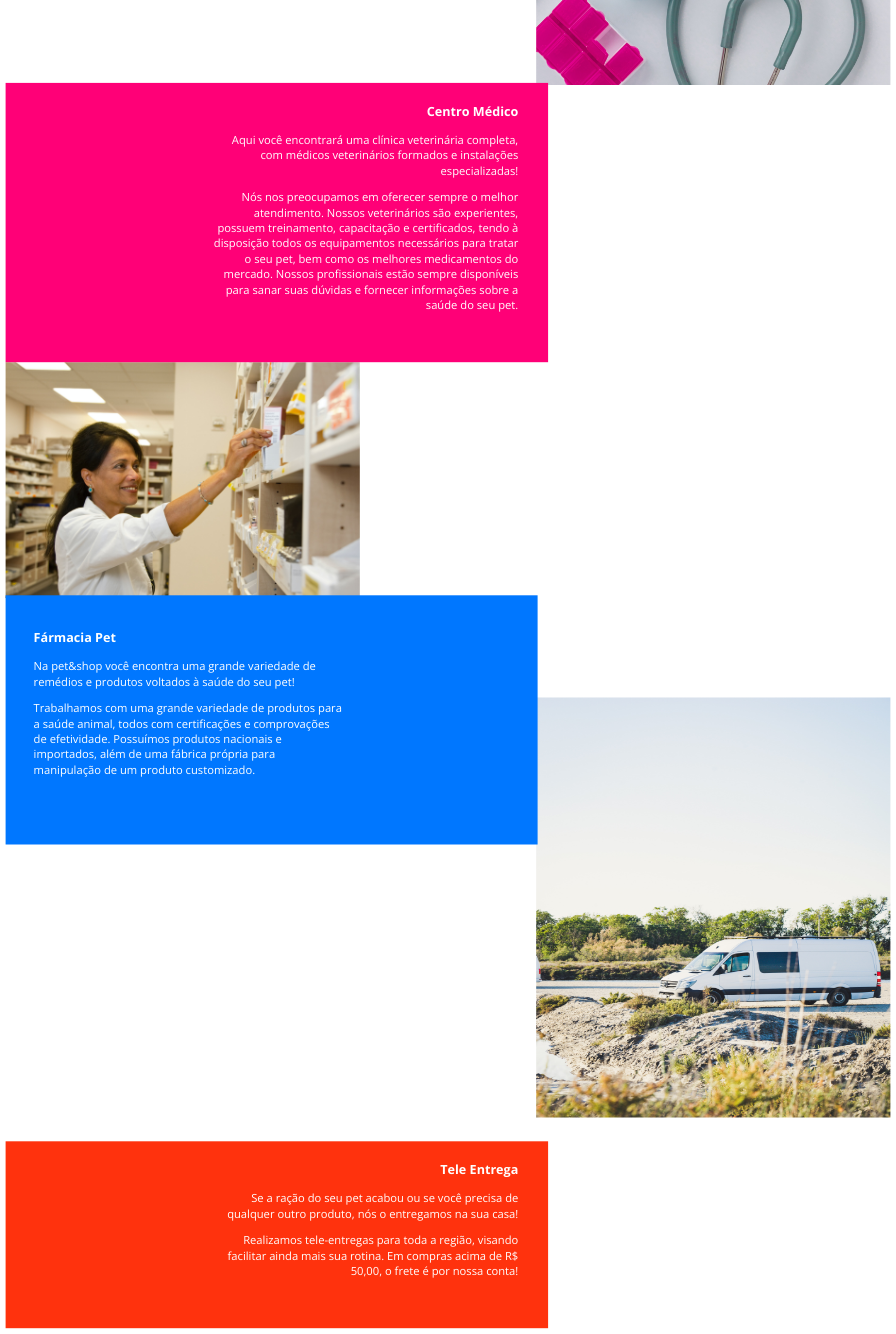
Repository: Iluiscarlos/Projeto-Site-PetShop
Page: Services.html
The author's editor kept a copy of each file at every save. The page is drawn from the files as they stood at one save, then again after the next save.
The browser window is 1280 px wide. The pictures show the part of the page from y = 1119 to 3039 px (the page is 3024 px tall before and 3039 px after), at 70% of full size.
Some web libraries are served in a nearby version.

Above is the page before, as saved 2022-04-26 21:29:11.

### Services.html
<!DOCTYPE html>
<html lang="pt-BR">
<head>
  <meta charset="UTF-8">
  <meta name="viewport" content="width=device-width, initial-scale=1.0">
  <meta http-equiv="X-UA-Compatible" content="ie=edge">
  <title>pet&shop</title>
  <script src="https://kit.fontawesome.com/2c48374459.js" crossorigin="anonymous"></script>
  <link rel="preconnect" href="https://fonts.googleapis.com">
  <link rel="preconnect" href="https://fonts.gstatic.com" crossorigin>
  <link href="https://fonts.googleapis.com/css2?family=Open+Sans:wght@400;500;600;700&display=swap" rel="stylesheet">

<style>
    header {
      display: flex;
      align-items: center;
      justify-content: space-between;
      padding: 0 20px;
      position: fixed;
      top: 0;
      left: 0;
      right: 0;
      background-color: #ffffff;
      height: 80px;
      box-shadow: 0 5px 1em #cecece;
    }

    .brand-name {
      color: #ff0077;
      margin-right: 20px;
      font-family: 'Open Sans', sans-serif;
    }

    .brand-name a {
      color: inherit;
      text-decoration: none;
      width: 16px;
    }

    .font {
      font-family: 'Open Sans', sans-serif;
      font-weight: 100;
      font-size: medium;
    }

    .logo{
      width: 200px;
      height: 150px;
      padding-left: 150px;
    }

    .logo-about {
      width: 200px;
      height: 150px;
    }

    .navi {
      color: black;
      padding-right: 80px;
      justify-content: space-between;
      display: inline-block;
    }
    .navi a {
      color: black;
      font-family: 'Open Sans', sans-serif;
      font-weight: 600;
      padding-inline-start: 15px;
      text-decoration: none;
      height: 80px;
    }
    .navi a :visited{
      display: block;
      background-color: #ff0077;
    }

    .navi ::after{
      background-color: #ff0077;
    }

    .image-bath{
        width: 40%;
        height: 100%;
        display: inline-block;
        margin-right: 0px;
        margin-bottom: 5%;
        padding-top: 70px;
        float: left;
        background-color:#ffffff;
    }

    .discription-bath{
      width: 35%;
      height: 100%;
      display: inline-block;
      margin-top: 42px;
      padding-top: 50px;
      padding-right: 22%;
      padding-left: 40px;
      text-align: left;
      background-color: #ffffff;
    }

    .titulo-services {
        font-size: 18px;
        color: #ff0077;
    }

    .image-medical {
        width: 40%;
        display: inline-block;
        margin-top: -40px;
        margin-right: 0px;
        margin-bottom: 5%;
        padding-top: 40px;
        float: right;
    }

    .discription-medical {
      width: 35%;
      height: 100%;
      display: inline-block;
      margin-top: -66px;
      padding-top: 10px;
      padding-bottom: 55px;
      padding-right: 43px;
      padding-left: 290px;
      text-align: right;
      background-color:#ff0077;
      vertical-align: middle;
    }

    .text-bath{
      font-size: 16px;
    }

    .texts{
      font-size: 16px;
      color: #ffffff;
      font-weight: 100;
      font-style: normal;
      vertical-align: middle;
    }

    .discription-drugstore{
      width: 35%;
      height: 100%;
      display: inline-block;
      margin-top: -67px;
      padding-bottom: 80px;
      padding-top: 30px;
      padding-right: 22%;
      padding-left: 40px;
      text-align: left;
      background-color: #0077ff;
    }

    .image-drugstore{
        width: 40%;
        height: 100%;
        display: inline-block;
        margin-right: 0px;
        margin-bottom: 5%;
        float: left;
        background-color:#ffffff;
    }

    .discription-deliver {
      width: 35%;
      height: 100%;
      display: inline-block;
      margin-top: -66px;
      padding-top: 10px;
      padding-bottom: 55px;
      padding-right: 43px;
      padding-left: 290px;
      text-align: right;
      background-color:#ff320d;
      vertical-align: middle;
    }
    .image-deliver {
        width: 40%;
        height: 600px;
        display: inline-block;
        margin-top: -250px;
        margin-right: 0px;
        margin-bottom: 20px;
        padding-bottom: 80px;
        padding-top: 40px;
        float: right;
    }
</style>
</head>

<section class="font">
    <header>
        <img class="logo" id="home" src="logo-colored.svg"><a href="#banner"></a>
    <nav class="navi">
        <a href="Index.html">Home</a>
        <a href="#about">Sobre</a>
        <a href="products.html">Produtos</a>
        <a href="#service">Serviços</a>
        <a href="About.html">Fale conosco</a>
    </nav>
    </header>
<section id="service">
    <div>
        <img class="image-bath" src="bath-and-groom.jpg">
    <div class="discription-bath">
        <h3 class="titulo-services">Banho e tosa</h3>
        <p class="text-bath"><b>Dispomos de uma equipe especializada e treinada para realizar o banho e tosa do seu pet, com todo o cuidado necessário e com os melhores produtos do mercado!</b></p>
          <p class="text-bath">Na pet&shop, você tem a garantia de que seu pet será atendido com o mesmo carinho e atenção que você dá à ele. Todos nossos profissionais são muito bem qualificados e passam por constantes treinamentos, visando sempre entregar a melhor experiência para você e seu melhor amigo. Nossa infraestrutura é altamente profissional, contando com secadores, estações de trabalho individuais e produtos de alta qualidade.</p>
    </div>
    </div>
    <div>
        <img class="image-medical" src="medical-center.jpg">
    <div class="discription-medical">
        <h3 style="font-size: 18px; color: #ffffff;">Centro Médico</h3>
        <p class="texts">Aqui você encontrará uma clínica veterinária completa, com médicos veterinários formados e instalações especializadas!</p>
        <p class="texts">Nós nos preocupamos em oferecer sempre o melhor atendimento. Nossos veterinários são experientes, possuem treinamento, capacitação e certificados, tendo à disposição todos os equipamentos necessários para tratar o seu pet, bem como os melhores medicamentos do mercado. Nossos profissionais estão sempre disponíveis para sanar suas dúvidas e fornecer informações sobre a saúde do seu pet.</p>
    </div>
    </div>
    <div>
      <img class="image-drugstore" src="drugstore.jpg">
    <div class="discription-drugstore">
      <h3 style="font-size: 18px; color: #ffffff;">Fármacia Pet</h3>
      <p class="texts">Na pet&shop você encontra uma grande variedade de remédios e produtos voltados à saúde do seu pet!</p>
        <p class="texts">Trabalhamos com uma grande variedade de produtos para a saúde animal, todos com certificações e comprovações de efetividade. Possuímos produtos nacionais e importados, além de uma fábrica própria para manipulação de um produto customizado.</p>
    </div>
    </div>
    <div>
      <img class="image-deliver" src="delivery.jpg">
      <div class="discription-deliver">
        <h3 style="font-size: 18px; color: #ffffff;">Tele Entrega</h3>
        <p class="texts">Se a ração do seu pet acabou ou se você precisa de qualquer outro produto, nós o entregamos na sua casa!</p>
          <p class="texts">Realizamos tele-entregas para toda a região, visando facilitar ainda mais sua rotina. Em compras acima de R$ 50,00, o frete é por nossa conta!</p>
      </div>
    </div>
</section>
</html>

After the next save:
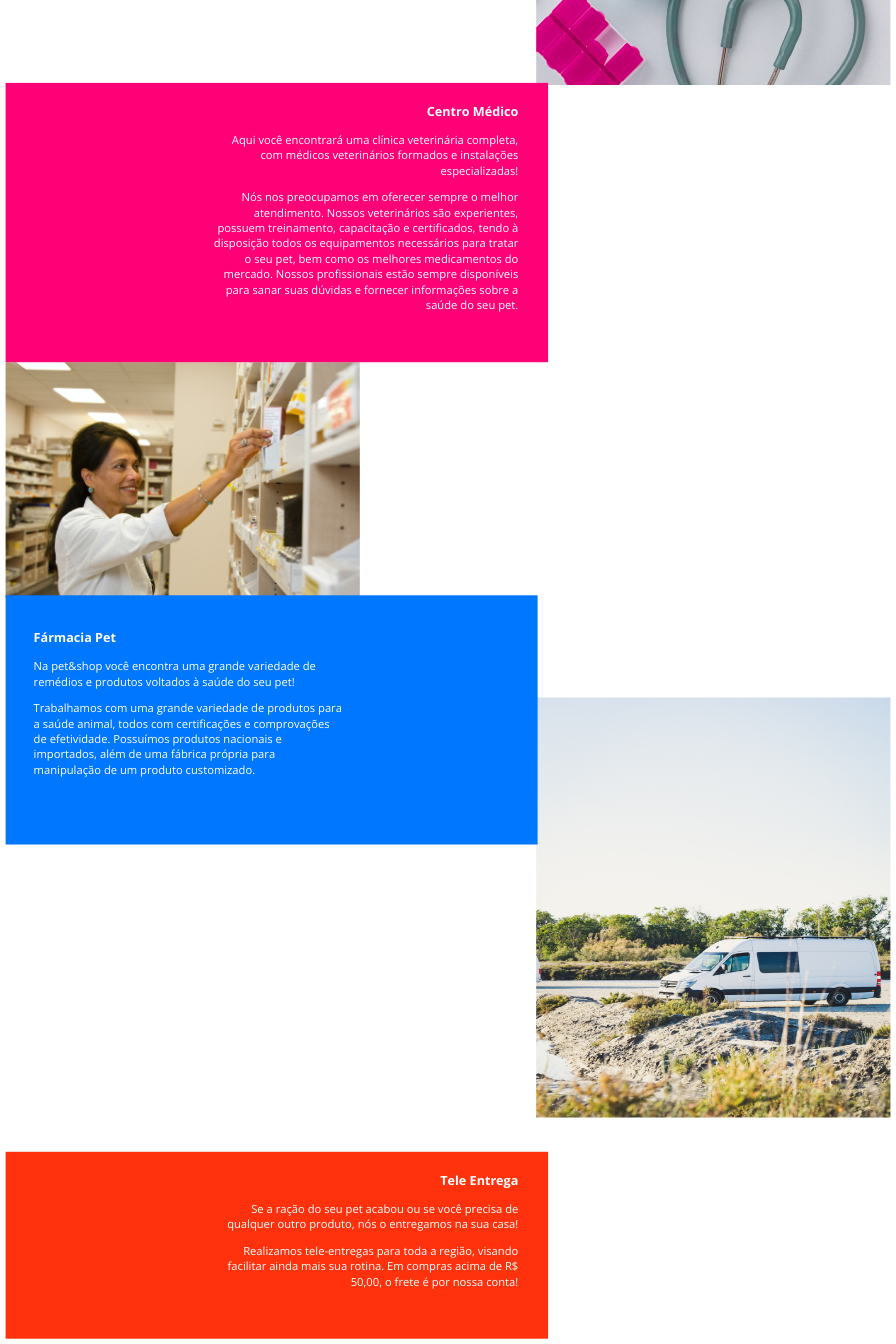
Saved 23 s later.
--- a/Services.html
+++ b/Services.html
@@ -183,7 +183,7 @@
         display: inline-block;
         margin-top: -250px;
         margin-right: 0px;
-        margin-bottom: 20px;
+        margin-bottom: 35px;
         padding-bottom: 80px;
         padding-top: 40px;
         float: right;
